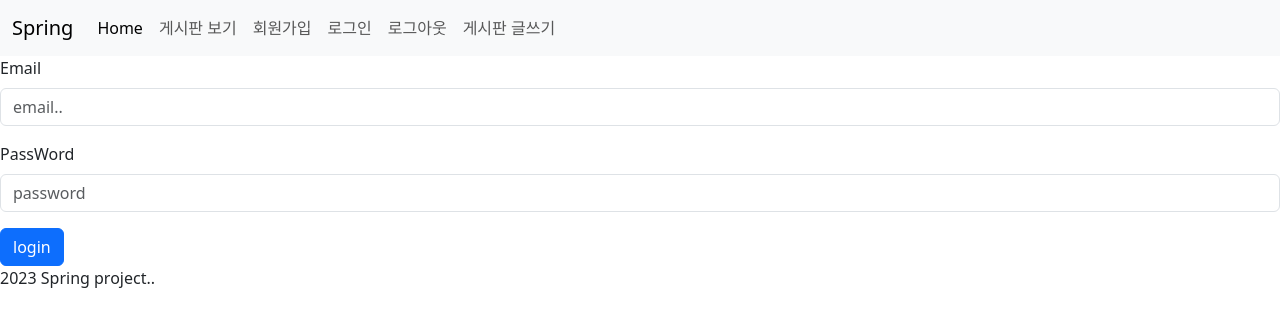
Repository: Skylee-1996/springSelf
Page: http://localhost/spring_test2/WEB-INF/views/member/login.jsp
An editor plug-in stored every save of this project. The page is shown before and after a run of saves, followed by the edit.
The browser window is 1280 px wide. The pictures show the whole page.
The page is served by Tomcat 9. Nobody is signed in. Other server files are loaded and not shown. The template is opened directly, without the code that normally fills it, so the values that code supplies are empty.

Above is the page before, as saved 2024-01-15 04:24:10.

### spring_test2/src/main/webapp/WEB-INF/views/member/login.jsp
<%@ page language="java" contentType="text/html; charset=UTF-8"
    pageEncoding="UTF-8"%>
<%@ taglib uri="http://java.sun.com/jsp/jstl/core" prefix="c"%>



<jsp:include page="../layout/header.jsp"></jsp:include>
<form action="/member/login" method="post" >
<div class="mb-3">
  <label for="e" class="form-label">Email</label>
  <input type="email" class="form-control" name="email" id="e" placeholder="email..">
</div>
<div class="mb-3">
  <label for="p" class="form-label">PassWord</label>
  <input type="password" class="form-control" name="pwd" id="p" placeholder="password">
</div>
<c:if test="${not empty param.errMsg}">
	<div class="mb-3 text-danger">
		<c:choose>
			<c:when test="${param.errMsg eq 'Bad credentials'}">
				<c:set value="이메일 & 비밀번호가 일치하지 않습니다." var="errText"></c:set>
			</c:when>
			<c:otherwise>
				<c:set value="관리자에게 문의해주세요." var="errText"></c:set>
			</c:otherwise>
		</c:choose>
		${errText }
	</div>
</c:if>



<button type="submit" class="btn btn-primary">login</button>
</form>



<jsp:include page="../layout/footer.jsp"></jsp:include>

### spring_test2/src/main/webapp/WEB-INF/views/layout/header.jsp
<%@ page language="java" contentType="text/html; charset=UTF-8"
    pageEncoding="UTF-8"%>
    <%@ taglib uri="http://java.sun.com/jsp/jstl/core" prefix="c"%>
    <%@ taglib uri="http://www.springframework.org/security/tags" prefix="sec"%>
<!DOCTYPE html>
<html>
<head>
<meta charset="UTF-8">
<title>Insert title here</title>
  <link href="https://cdn.jsdelivr.net/npm/bootstrap@5.3.1/dist/css/bootstrap.min.css" rel="stylesheet" integrity="sha384-4bw+/aepP/YC94hEpVNVgiZdgIC5+VKNBQNGCHeKRQN+PtmoHDEXuppvnDJzQIu9" crossorigin="anonymous">
</head>
<body>

<nav class="navbar navbar-expand-lg bg-body-tertiary">
  <div class="container-fluid">
    <a class="navbar-brand" href="#">Spring</a>
    <button class="navbar-toggler" type="button" data-bs-toggle="collapse" data-bs-target="#navbarSupportedContent" aria-controls="navbarSupportedContent" aria-expanded="false" aria-label="Toggle navigation">
      <span class="navbar-toggler-icon"></span>
    </button>
    <div class="collapse navbar-collapse" id="navbarSupportedContent">
      <ul class="navbar-nav me-auto mb-2 mb-lg-0">
        <li class="nav-item">
          <a class="nav-link active" aria-current="page" href="#">Home</a>
        </li>
           <li class="nav-item">
          <a class="nav-link" href="/board/list">게시판 보기</a>
        </li>
         <li class="nav-item">
          <a class="nav-link" href="/member/register">회원가입</a>
        </li>






         <li class="nav-item">
          <a class="nav-link" href="/member/login">로그인</a>
         </li>
           <li class="nav-item">
           <a class="nav-link" href="/member/logout" id="logoutLink">로그아웃</a>
         </li>
         <form action="/member/logout" method="post id="logoutForm">
         	<!--인증 된 이메일  -->
         	<input type="hidden" name="email" value="">
         </form>

         <security:authorize access="isAuthenticated()"/>

         <li class="nav-item">
          <a class="nav-link" href="/board/register">게시판 글쓰기</a>
        </li>


         <li>
          <c:if test="${ses.id ne null }">
         <a class="nav-link" href="/member/modify?id=${ses.id }">${ses.id }( ${ses.email }) welcome!!</a>
         </c:if>

        </li>

      </ul>
    </div>
  </div>
</nav>

### spring_test2/src/main/webapp/WEB-INF/views/layout/footer.jsp
<%@ page language="java" contentType="text/html; charset=UTF-8"
    pageEncoding="UTF-8"%>



<div>
	2023 Spring project..
</div>

 <script src="https://cdn.jsdelivr.net/npm/bootstrap@5.3.1/dist/js/bootstrap.bundle.min.js" integrity="sha384-HwwvtgBNo3bZJJLYd8oVXjrBZt8cqVSpeBNS5n7C8IVInixGAoxmnlMuBnhbgrkm" crossorigin="anonymous"></script>
</body>
</html>

After the next 3 saves:
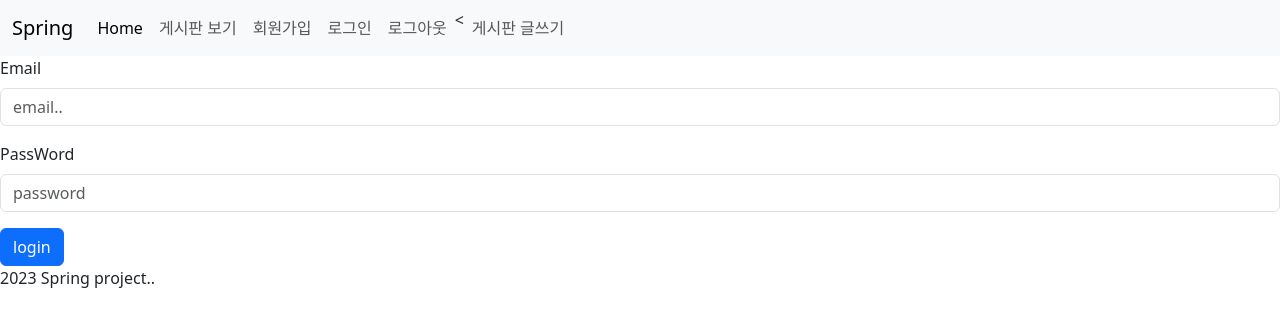
The 3 saves are shown as one change because they came seconds apart.
The last was saved 11 s later.
--- a/spring_test2/src/main/webapp/WEB-INF/views/layout/header.jsp
+++ b/spring_test2/src/main/webapp/WEB-INF/views/layout/header.jsp
@@ -45,7 +45,8 @@
          	<input type="hidden" name="email" value="">
          </form>
 
-         <security:authorize access="isAuthenticated()"/>
+         <sec:authorize access="isAuthenticated()"/>
+         <
 
          <li class="nav-item">
           <a class="nav-link" href="/board/register">게시판 글쓰기</a>

After the 2 saves that followed:
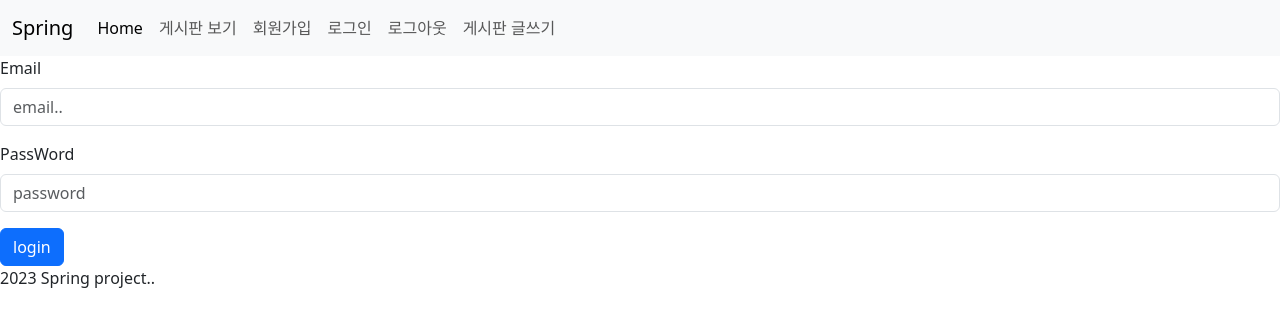
The 2 saves are shown as one change because they came seconds apart.
The last was saved 104 s later.
--- a/spring_test2/src/main/webapp/WEB-INF/views/layout/header.jsp
+++ b/spring_test2/src/main/webapp/WEB-INF/views/layout/header.jsp
@@ -46,8 +46,9 @@
          </form>
 
          <sec:authorize access="isAuthenticated()"/>
-         <
-
+         <sec:authentication property="principal.mvo.email" var="authEmail"/>
+         <sec:authentication property="principal.mvo.nickNames" var="authNick"/>
+         <sec:authentication property="principal.mvo.authList" var="auths"/>
          <li class="nav-item">
           <a class="nav-link" href="/board/register">게시판 글쓰기</a>
         </li>
